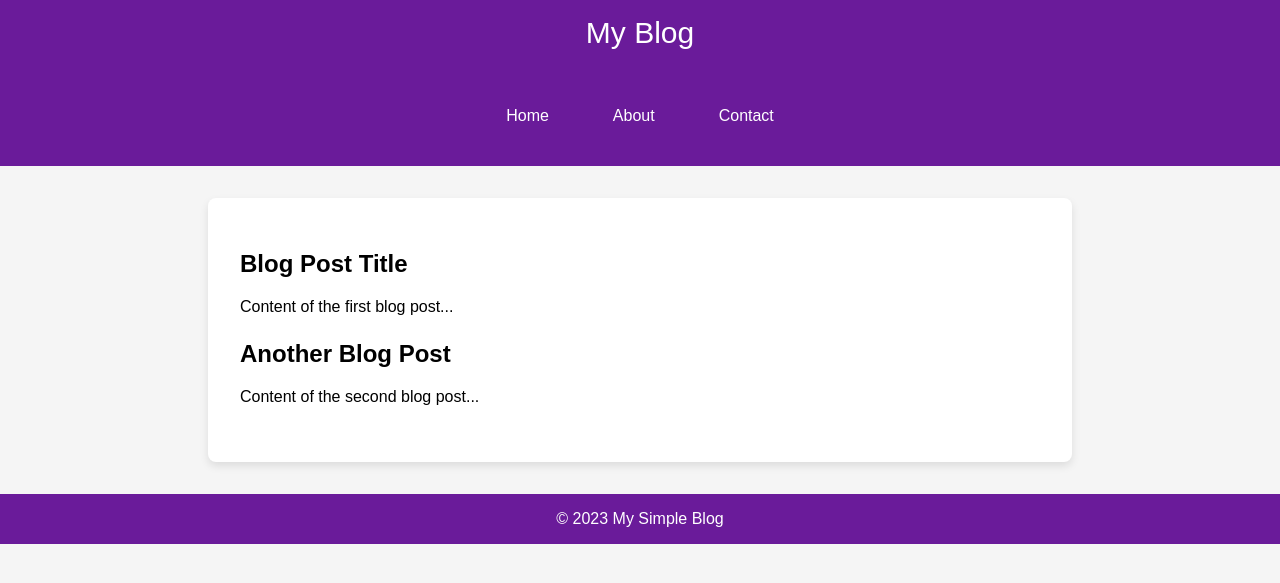
Repository: Femi007-gh/BLOG
Page: index.html
The author's editor kept a copy of each file at every save. The page is drawn from the files as they stood at one save, then again after the next save.
The browser window is 1280 px wide. The pictures show the whole page.

Above is the page before, as saved 2025-01-08 09:21:42.

### index.html
<html>
  <head>
    <title>My Blog</title>
    <link rel="stylesheet" href="style.css">
  </head>
  <body>
    <header>My Blog</header>
    <nav>
      <ul>
        <li><a href="#">Home</a></li>
        <li><a href="#">About</a></li>
        <li><a href="#">Contact</a></li>
      </ul>
    </nav>
    <div class="container">
      <div class="blog-post">
        <h2>Blog Post Title</h2>
        <p>Content of the first blog post...</p>
      </div>
      <div class="blog-post">
        <h2>Another Blog Post</h2>
        <p>Content of the second blog post...</p>
      </div>
    </div>
    <footer>
      &copy; 2023 My Simple Blog
    </footer>
  </body>
  </html>

### style.css
body {
  margin: 0;
  font-family: Arial, sans-serif;
  background-color: #f5f5f5;
}

header {
  background-color: #6a1b9a;
  color: white;
  text-align: center;
  padding: 1rem;
  font-size: 30px;
}

nav {
  background-color: #6a1b9a;
  height: 100px;
  display: flex;
  flex-direction: column;
  justify-content: center;
  align-items: center;
  color: white;
}

ul {
  list-style: none;
  margin: 0;
  padding: 0;
  display: flex;
  justify-content: center;
}

li {
  margin: 0 1rem;
}

a {
  color: white;
  text-decoration: none;
  font-family: Arial, sans-serif;
  padding: 0.5rem 1rem;
  display: block;
}

a:hover {
  background-color: #4a148c;
  border-radius: 4px;
}

.container {
  margin: 2rem auto;
  max-width: 800px;
  background-color: white;
  border-radius: 8px;
  padding: 2rem;
  box-shadow: 0 4px 8px rgba(0, 0, 0, 0.1);
}

.blog-post {
  margin-bottom: 1.5rem;
}

footer {
  background-color: #6a1b9a;
  color: white;
  text-align: center;
  padding: 1rem 0;
  margin-top: 2rem;
}

After the next save:
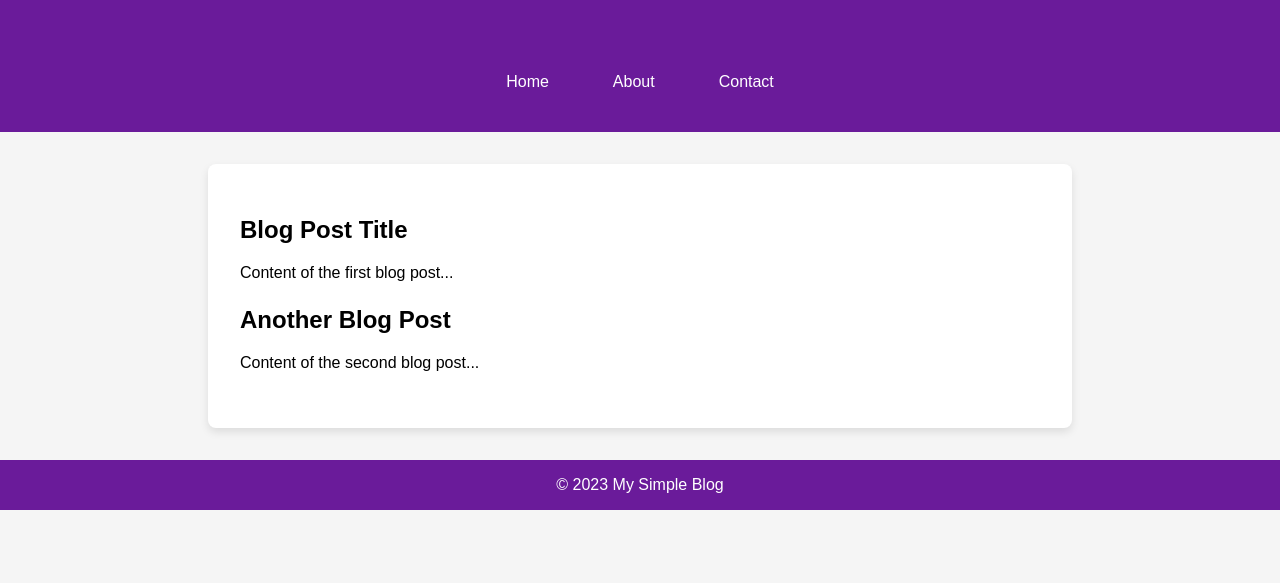
Saved 4 s later.
--- a/style.css
+++ b/style.css
@@ -9,7 +9,7 @@ header {
   color: white;
   text-align: center;
   padding: 1rem;
-  font-size: 30px;
+  font-size: 0px;
 }
 
 nav {
